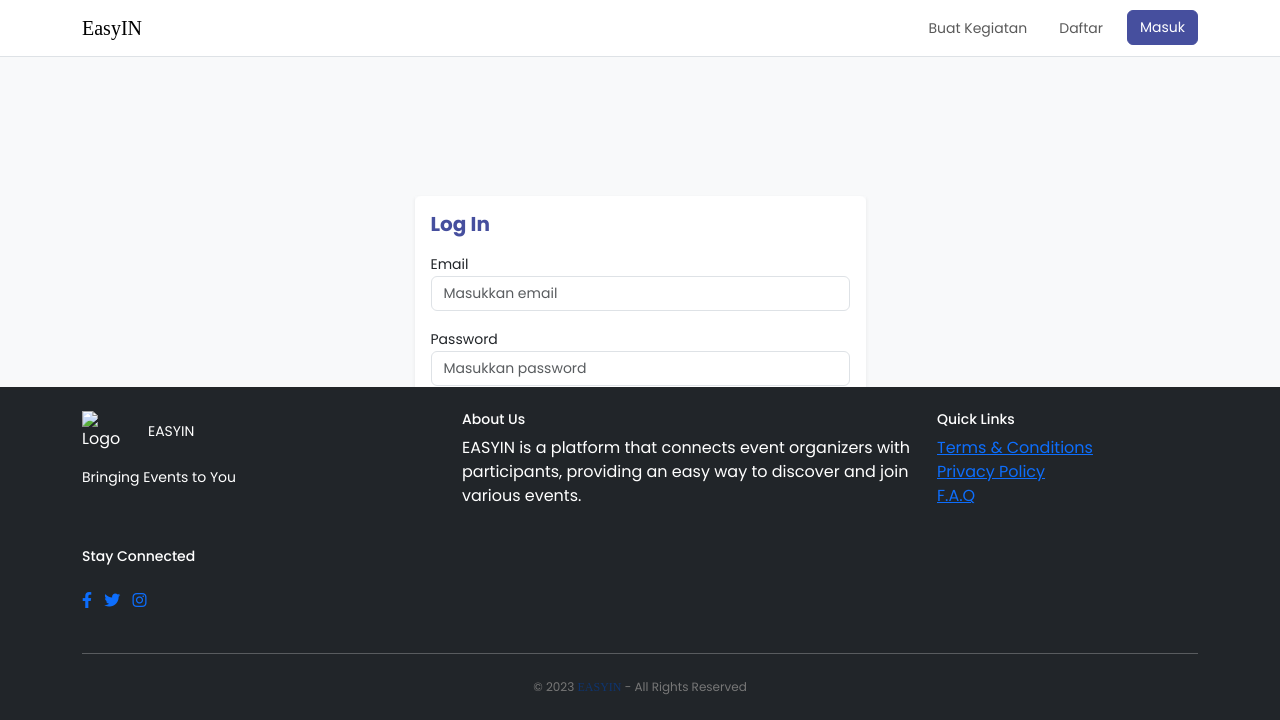
Repository: Imadaaa/Ticketing_Online
Page: http://localhost/login
An editor plug-in stored every save of this project. The page is shown before and after the next save, followed by the edit.
The browser window is 1280 px wide. The pictures show the whole page.
Some web fonts or font styles are not loaded; a fallback is used. The page is served by the project's Laravel application, run on PHP 8.4 with Laravel 10.

Above is the page before, as saved 2023-08-22 02:23:58.
Console error: ReferenceError: $ is not defined

After the next save:
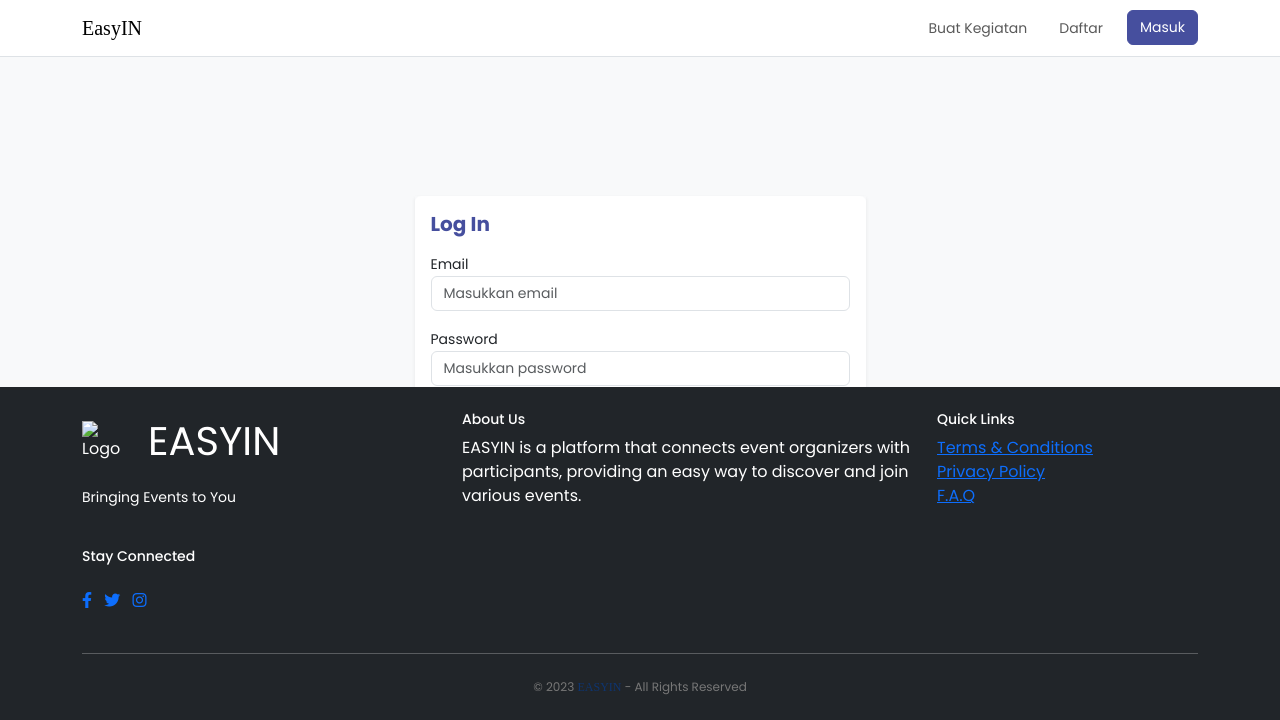
Saved 10 s later.
--- a/resources/views/template/landing-page/partials/_footer.blade.php
+++ b/resources/views/template/landing-page/partials/_footer.blade.php
@@ -5,7 +5,7 @@
                 <div class="d-flex align-items-center">
                     <img src="{{ asset('storage/img/logo/Steam_icon.png') }}" alt="Logo" class="logo me-3"
                         style="max-width: 50px;">
-                    <p class="fs-14 mb-0">EASYIN</p>
+                    <p class="fs-1 mb-0">EASYIN</p>
                 </div>
                 <p class="mt-3 fs-14">Bringing Events to You</p>
             </div>
